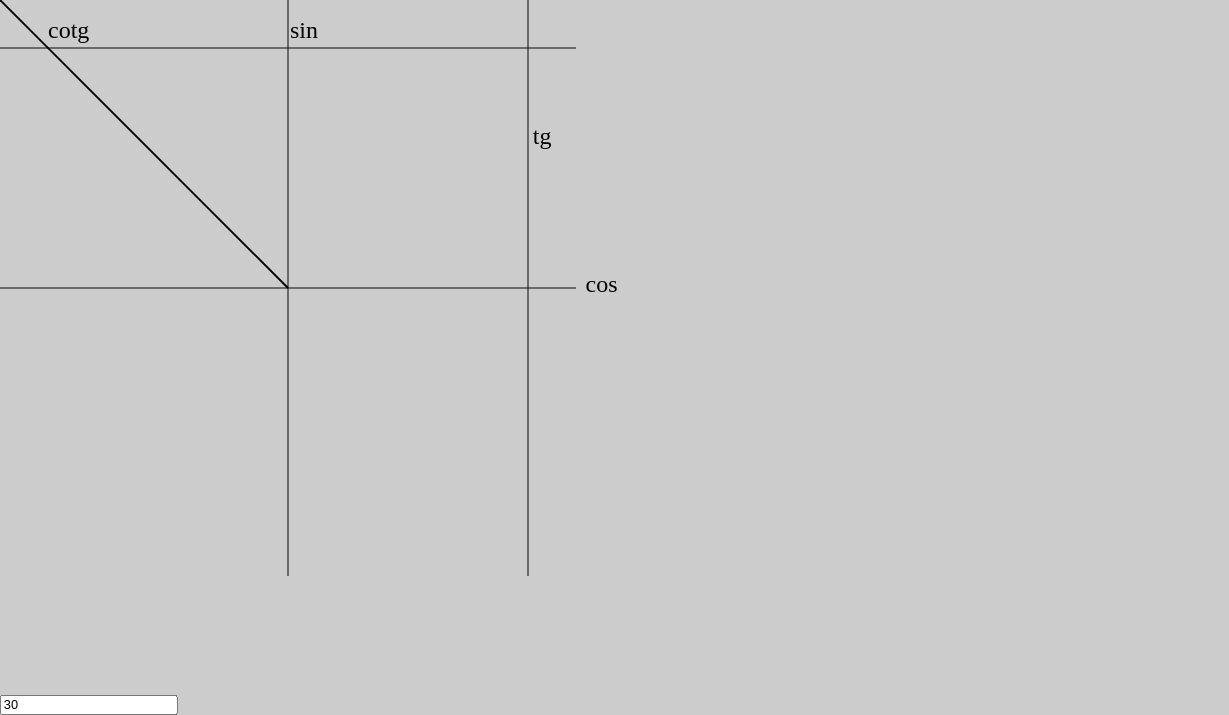
Repository: BraynStorm/braynstorm.github.io
Page: http://localhost/
An editor plug-in stored every save of this project. The page is shown before and after a run of saves, followed by the edit.
The browser window is 1280 px wide. The pictures show the whole page, at 96% of full size.
The page is run by PHP 8.4 with error messages shown; the project is at /var/www/html/.

Above is the page before, as saved 2015-02-24 20:12:43.

### JSDrawing/index.php
<!DOCTYPE html>
<html>
	<head>
		<meta charset="UTF-8">
		<title>Insert title here</title>
		<link rel="stylesheet" type="text/css" href="main.css"/>
		<script type="text/javascript" src="js/jquery-2.1.3.min.js"></script>
		<script type="text/javascript" src="js/swgDrawing.js"></script>

	</head>
	<body>
		<div id="content">
			<svg width="1000" height="1000">
				<circle id="mainCircle" cx="300" cy="300" r="250" fill="none" stroke="black" />
				<line x1="300" y1="0" x2="300" y2="600" style="stroke:rgb(0,0,0);stroke-width:1;" id="sinLine" />
				<line x1="0" y1="300" x2="600" y2="300" style="stroke:rgb(0,0,0);stroke-width:1;" id="cosLine" />

				<line x1="550" y1="0" x2="550" y2="600" style="stroke:rgb(0,0,0);stroke-width:1;" id="tgLine" />
				<line x1="0" y1="50" x2="600" y2="50" style="stroke:rgb(0,0,0);stroke-width:1;" id="cotgLine" />

				<text x="610" y="304" style="font-size:25px;">cos</text>
				<text x="302" y="40" style="font-size:25px;">sin</text>
				<text x="555" y="150" style="font-size:25px;">tg</text>
				<text x="50" y="40" style="font-size:25px;">cotg</text>


				<!--  THE ANGLE -->

				<line id="angle" x1="300" y1="300" x2="0" y2="0" style="stroke:rgb(0,0,0);stroke-width:2;" />


			</svg>

			<input type="text" value="30" id="angleBox" />
		</div>
	</body>
</html>

### JSDrawing/main.css
@CHARSET "UTF-8";

body{
	background-color: #CCC;
	padding: 0;
	margin: 0;
	overflow: hidden;
}

svg{
	margin-top: 0px;
}


#menu{
	position: fixed;
	bottom: 0px;
	left:0px;

	height: 50px;
	width : 100%;
	border : 1px solid black;
}

### JSDrawing/js/swgDrawing.js
$(document).ready(function (){
	var angleBox	= $("#angleBox");
	var radiusBox	= $("#radiusBox");
	var beginX		= window.innerWidth/2;
	var beginY		= window.innerHeight/2;

	var sinColor = "#00AA00";
	var cosColor = "#0000AA";
	var tgColor = "#00AAAA";
	var cotgColor = "#AA0000";

	var radius		= 100;

	var svg			= $('svg');



	var circle		= $('#mainCircle');
	var showAdditions = $("#showAdditions");

	var sinAxis 	= $("#sinAxis");
	var cosAxis		= $("#cosAxis");
	var tgAxis		= $("#tgAxis");
	var cotgAxis	= $("#cotgAxis");

	var sinTxt 		= $("#sinTxt");
	var cosTxt		= $("#cosTxt");
	var tgTxt		= $("#tgTxt");
	var cotgTxt		= $("#cotgTxt");



	var angleArm	= $("#angleArm");
	var angleArc	= $("#angleArc");

	init();

	radiusBox.keypress(function (){
		init();
	});

	function init(){
		radius = parseInt(radiusBox.val());
		svg.css({
			width:  window.innerWidth,
			height: window.innerHeight
		});

		circle.attr({
			cx : beginX,
			cy : beginY,
			r : radius
		});

		sinAxis.attr({
			x1: beginX,
			y1: 0,
			x2: beginX,
			y2: window.innerHeight,
			stroke: sinColor
		});


		cosAxis.attr({
			x1: 0,
			y1: beginY,
			x2: window.innerWidth,
			y2: beginY,
			stroke: cosColor
		});


		tgAxis.attr({
			x1: beginX + radius,
			y1: 0,
			x2: beginX + radius,
			y2: window.innerHeight,
			stroke: tgColor
		});

		cotgAxis.attr({
			x1: 0,
			y1: beginY - radius,
			x2: window.innerWidth,
			y2: beginY - radius,
			stroke: cotgColor
		});

		angleArm.attr({
			x1: beginX,
			y1: beginY
		});

		sinTxt.attr({
			x: beginX + 10,
			y: beginY - radius - 10,
			fill: sinColor
		});

		cosTxt.attr({
			x: beginX + radius + 10,
			y: beginY - 10,
			fill: cosColor
		})

		tgTxt.attr({
			x: beginX + radius + 10,
			y: beginY - (radius/2),
			fill: tgColor
		});

		cotgTxt.attr({
			x: beginX + (radius / 2),
			y : beginY - radius - 10,
			fill: cotgColor
		});


		showAdditions.click(function (){
			if(showAdditions.is(":checked")){
				// Show sin/cos lines
			}else{
				// Hide them.
			}
		});
	}

	var angle = 0;


	var animator;





	animateAngle();

	function animateAngle(){
		var toAngle = parseInt(angleBox.val());

		if(angle-toAngle > 0){
			angle -= 1;
		}else if (angle-toAngle < 0){
			angle += 1;
		}

		var radians = angle * (Math.PI / 180);

		x = beginX + (Math.cos(radians) * radius);


		y = beginY - (Math.sin(radians) * radius);


		angleArm.attr("x2", x);
		angleArm.attr("y2", y);

		angleArc.attr("d", describeArc(beginX, beginY, 50, 90-angle, 90));


		animator = setTimeout(animateAngle, 15);
	}

	function describeArc(x, y, radius, startAngle, endAngle){

	    var start = polarToCartesian(x, y, radius, endAngle);
	    var end = polarToCartesian(x, y, radius, startAngle);

	    var arcSweep = endAngle - startAngle <= 180 ? "0" : "1";

	    var d = [
	        "M", start.x, start.y,
	        "A", radius, radius, 0, arcSweep, 0, end.x, end.y
	    ].join(" ");

	    return d;
	}
	function polarToCartesian(centerX, centerY, radius, angleInDegrees) {
		  var angleInRadians = (angleInDegrees-90) * Math.PI / 180.0;

		  return {
		    x: centerX + (radius * Math.cos(angleInRadians)),
		    y: centerY + (radius * Math.sin(angleInRadians))
		  };
		}

});

Loaded but not shown: JSDrawing/js/jquery-2.1.3.min.js (library)

After the next 2 saves:
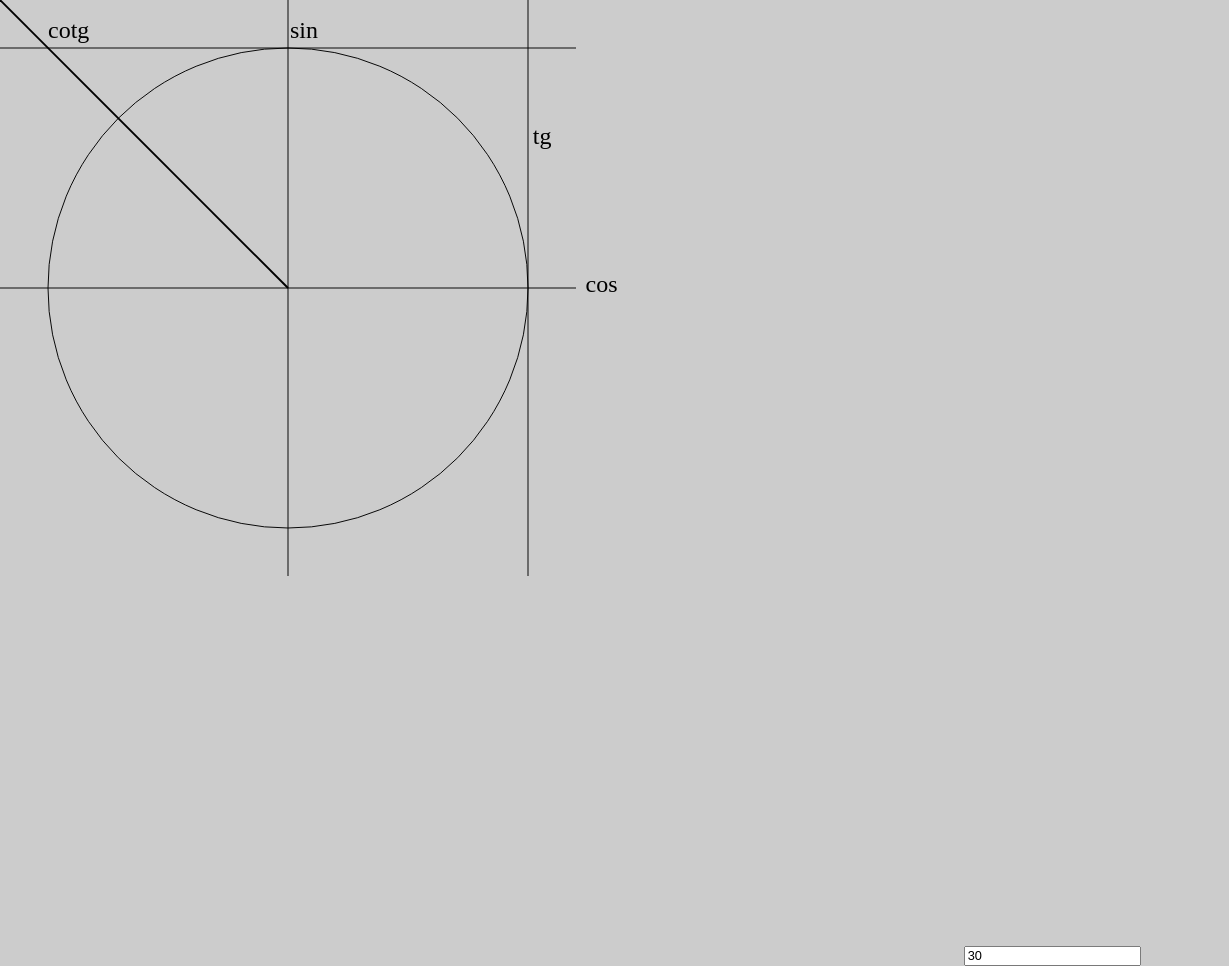
Console error: SyntaxError: Unexpected token ')'
The 2 saves are shown as one change because they came seconds apart.
The last was saved 15 s later.
--- a/JSDrawing/js/swgDrawing.js
+++ b/JSDrawing/js/swgDrawing.js
@@ -33,7 +33,6 @@
 	var angleArm	= $("#angleArm");
 	var angleArc	= $("#angleArc");
 
-	init();
 
 	radiusBox.keypress(function (){
 		init();
@@ -123,7 +122,7 @@
 				// Hide them.
 			}
 		});
-	}
+	}();
 
 	var angle = 0;
 

After the 2 saves that followed:
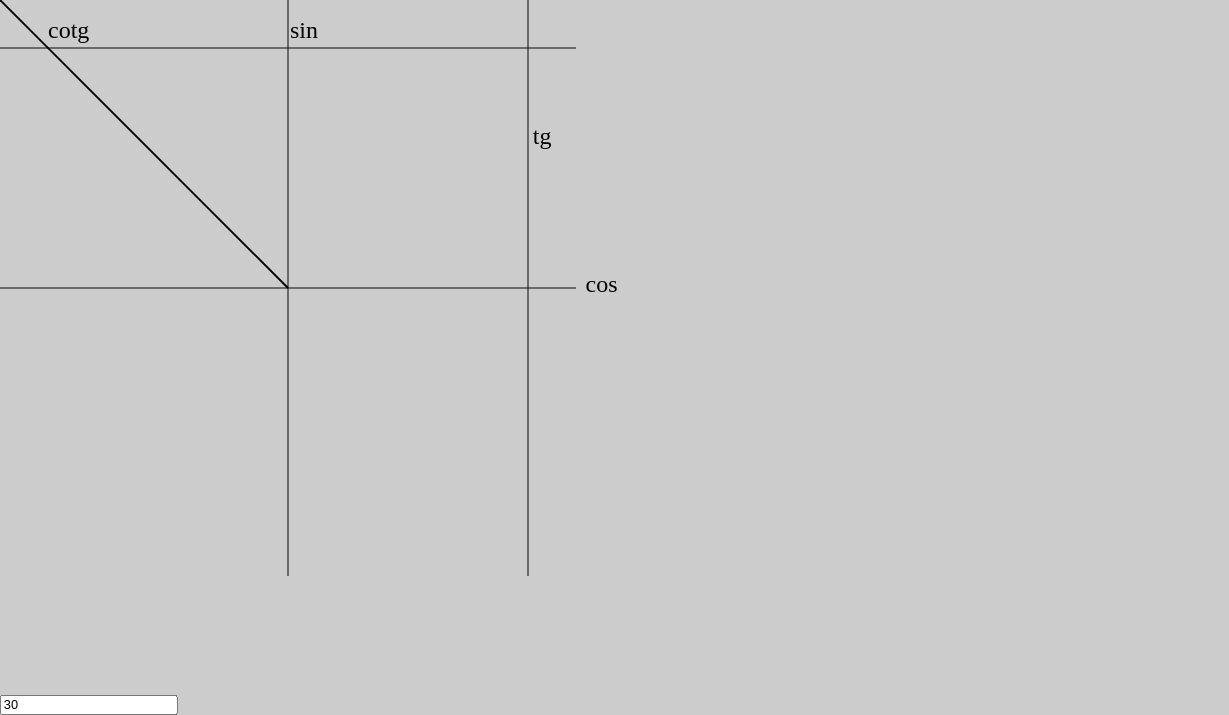
The error is gone.
The 2 saves are shown as one change because they came seconds apart.
The last was saved 13 s later.
--- a/JSDrawing/js/swgDrawing.js
+++ b/JSDrawing/js/swgDrawing.js
@@ -122,7 +122,9 @@
 				// Hide them.
 			}
 		});
-	}();
+	};
+
+	init();
 
 	var angle = 0;
 
